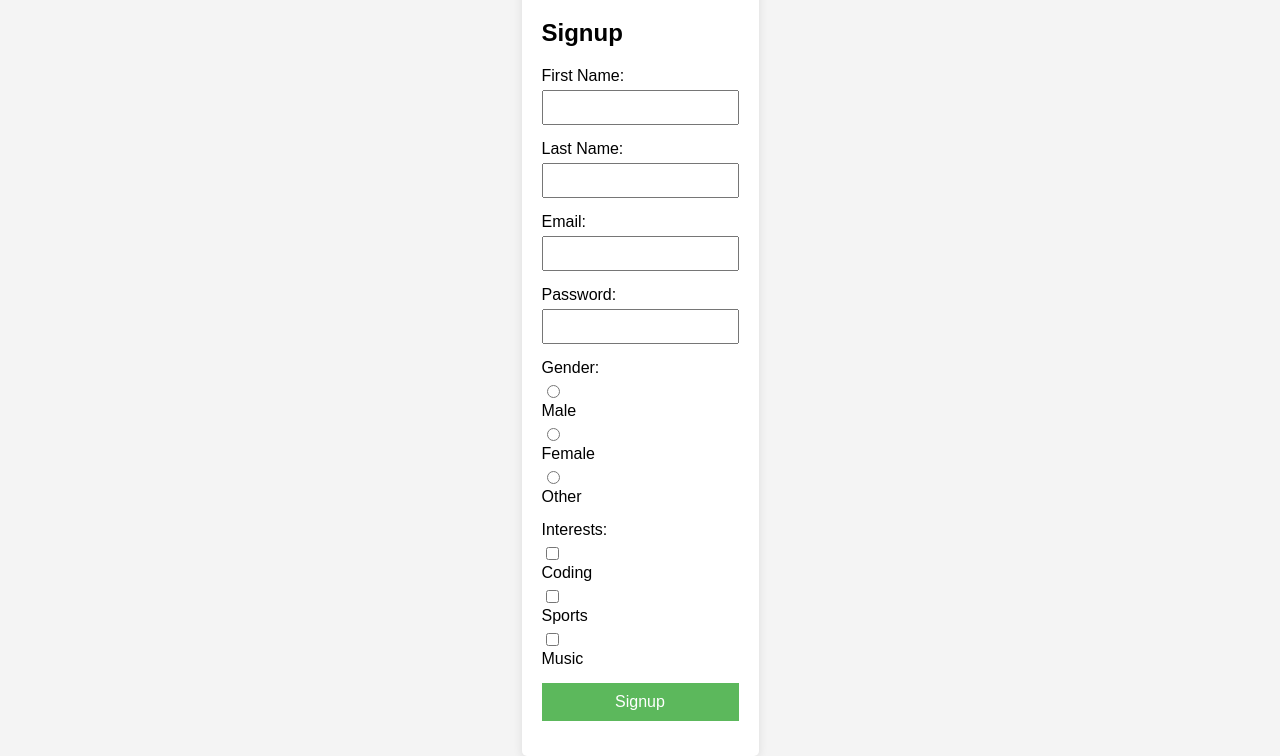
Repository: SHASHIDHAR-as/Spring
Page: spring-jsp-servelets/webapp/Webapp/src/main/webapp/Login.html
The author's editor kept a copy of each file at every save. The page is drawn from the files as they stood at one save, then again after the next save.
The browser window is 1280 px wide. The pictures show the whole page.

Above is the page before, as saved 2024-07-30 06:19:20.

After the next save:
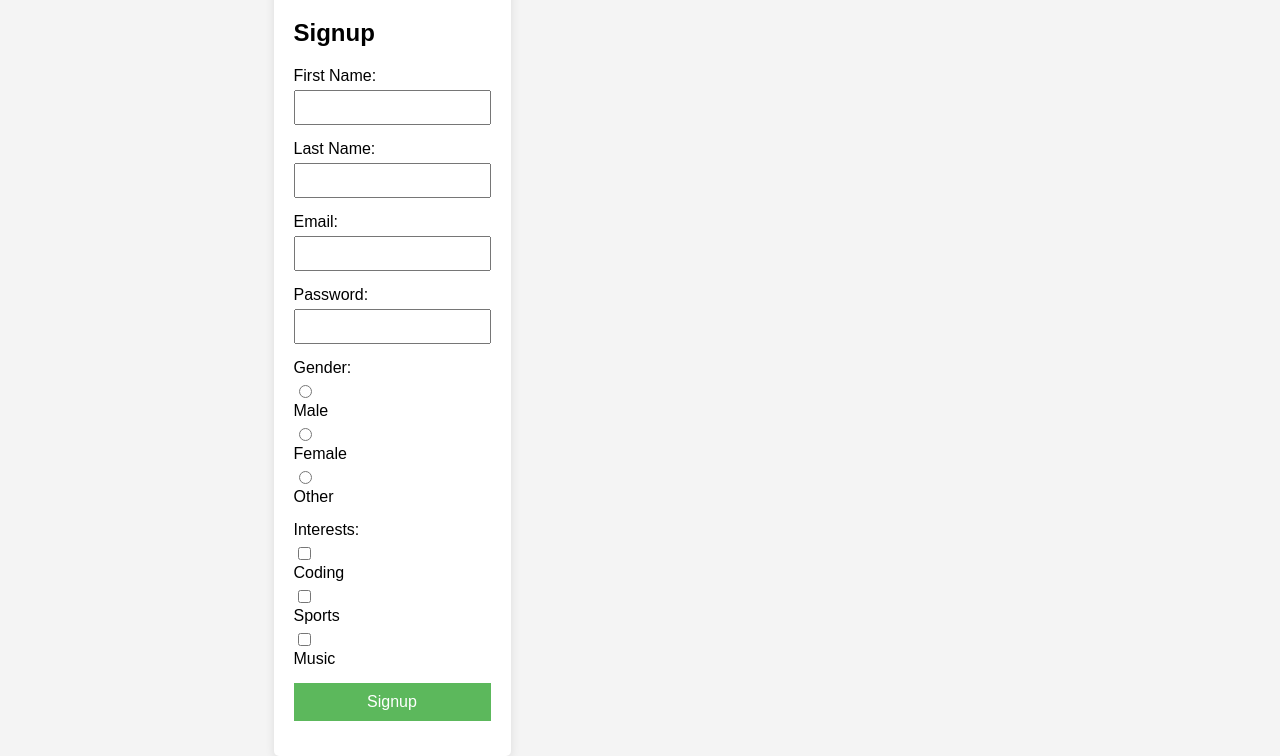
Saved 2 min 17 s later.
--- a/spring-jsp-servelets/webapp/Webapp/src/main/webapp/Login.html
+++ b/spring-jsp-servelets/webapp/Webapp/src/main/webapp/Login.html
@@ -12,6 +12,7 @@
             justify-content: center;
             align-items: center;
             height: 100vh;
+            width:60vw
         }
         .signup-form {
             background-color: #fff;
